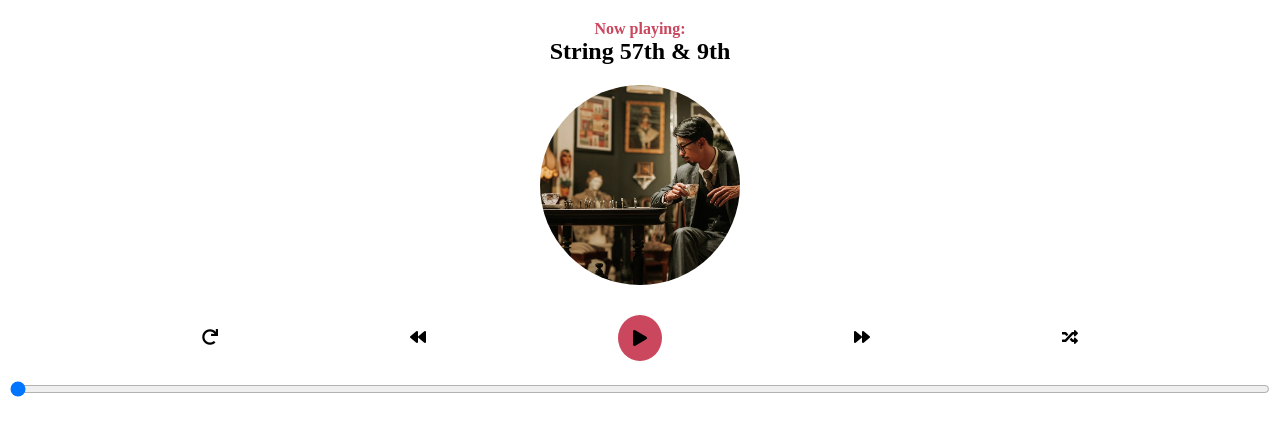
Repository: dovanthao2404/AppMusicPlayer
Page: index.html
These files come from the project's save history. The page is drawn as it stood at one moment and after the next save; the edit follows.
The browser window is 1280 px wide. The pictures show the whole page.

Above is the page before, as saved 2021-06-28 02:18:57.

### index.html
<!DOCTYPE html>
<html lang="en">

<head>
  <meta charset="UTF-8">
  <meta http-equiv="X-UA-Compatible" content="IE=edge">
  <meta name="viewport" content="width=device-width, initial-scale=1.0">
  <title>Music</title>
  <!-- FONTAWESOME -->
  <link rel="stylesheet" href="https://cdnjs.cloudflare.com/ajax/libs/font-awesome/5.15.3/css/all.min.css"
    integrity="sha512-iBBXm8fW90+nuLcSKlbmrPcLa0OT92xO1BIsZ+ywDWZCvqsWgccV3gFoRBv0z+8dLJgyAHIhR35VZc2oM/gI1w=="
    crossorigin="anonymous" referrerpolicy="no-referrer" />
  <!-- MAIN CSS -->
  <link rel="stylesheet" href="./css/app.css">
</head>

<body>
  <div class="player">
    <div class="dashboards">
      <!-- HEADER -->
      <header>
        <h4>Now playing:</h4>
        <h2>String 57th & 9th</h2>
      </header>

      <!-- CD -->
      <div id="cd" class="cd">
        <div class="thumb">
          <img src="./img/loinho.jpg" alt="">
        </div>
      </div>

      <!-- CONTROL -->
      <div class="controls" class="controls">
        <div class="btn btn-repeat">
          <i class="fa fa-redo"></i>
        </div>
        <div class="btn btn-prev">
          <i class="fa fa-backward"></i>
        </div>
        <div class="btn btn-toggle-play">
          <i class="fa fa-play"></i>
          <i class="fa fa-pause"></i>
        </div>
        <div class="btn btn-next">
          <i class="fa fa-forward"></i>
        </div>
        <div class="btn btn-random">
          <i class="fa fa-random"></i>
        </div>
      </div>

      <!-- PROGRESS -->
      <input id="progress" class="progress" value="0" step="1" min="0" max="100" type="range">

      <!-- AUDIO -->
      <audio id="audio" src=""></audio>

      <!-- PLAY LIST -->
      <div class="playlist">

      </div>
    </div>
  </div>
  <script src="./js/app.js"></script>
</body>

</html>

### css/app.css
/* GLOBAL */
* {
  padding: 0;
  margin: 0;
  box-sizing: border-box;
}
/* PLAYER */
.dashboards {
  margin: 0 10px;
}
header {
  text-align: center;
  margin: 20px 0;
}
header h4 {
  color: rgb(202, 71, 93);
}
.cd {
  position: relative;
}
.thumb {
  width: 200px;
  height: 200px;
  position: absolute;
  top: 50%;
  left: 50%;
  transform: translate(-50%);
}
.thumb img {
  border-radius: 50%;
  width: 100%;
  height: 100%;
  object-fit: cover;
}
.controls {
  display: flex;
  justify-content: space-evenly;
  align-items: center;
  margin-top: 250px;
  margin-bottom: 20px;
}
.btn-toggle-play .fa {
  padding: 15px;
  border-radius: 50%;
  background-color: rgb(202, 71, 93);
}
.controls .fa-pause {
  display: none;
}
.progress {
  width: 100%;
}

Loaded but not shown: js/app.js (no stored copy; drawn as an empty file)

After the next save:
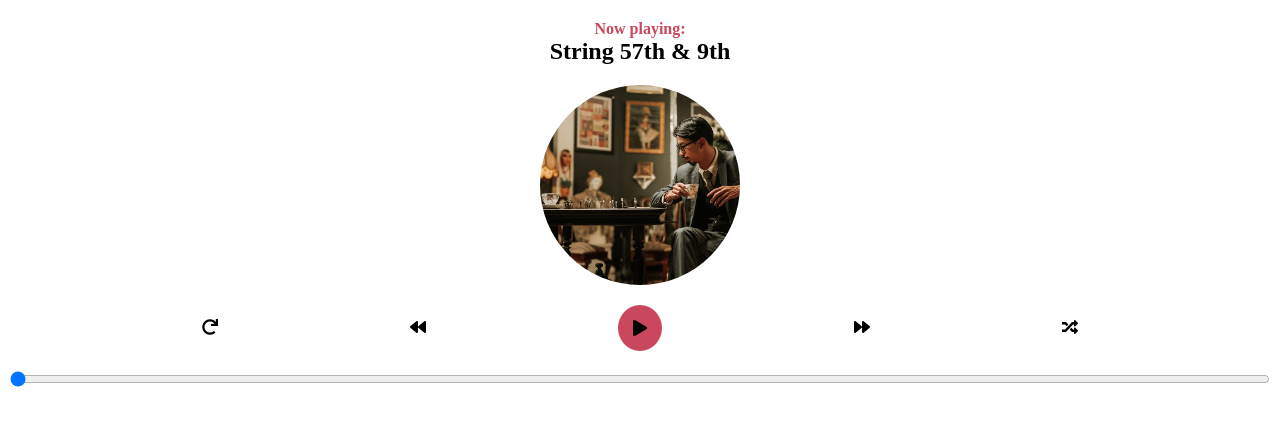
Saved 4 s later.
--- a/css/app.css
+++ b/css/app.css
@@ -36,7 +36,7 @@ header h4 {
   display: flex;
   justify-content: space-evenly;
   align-items: center;
-  margin-top: 250px;
+  margin-top: 240px;
   margin-bottom: 20px;
 }
 .btn-toggle-play .fa {
